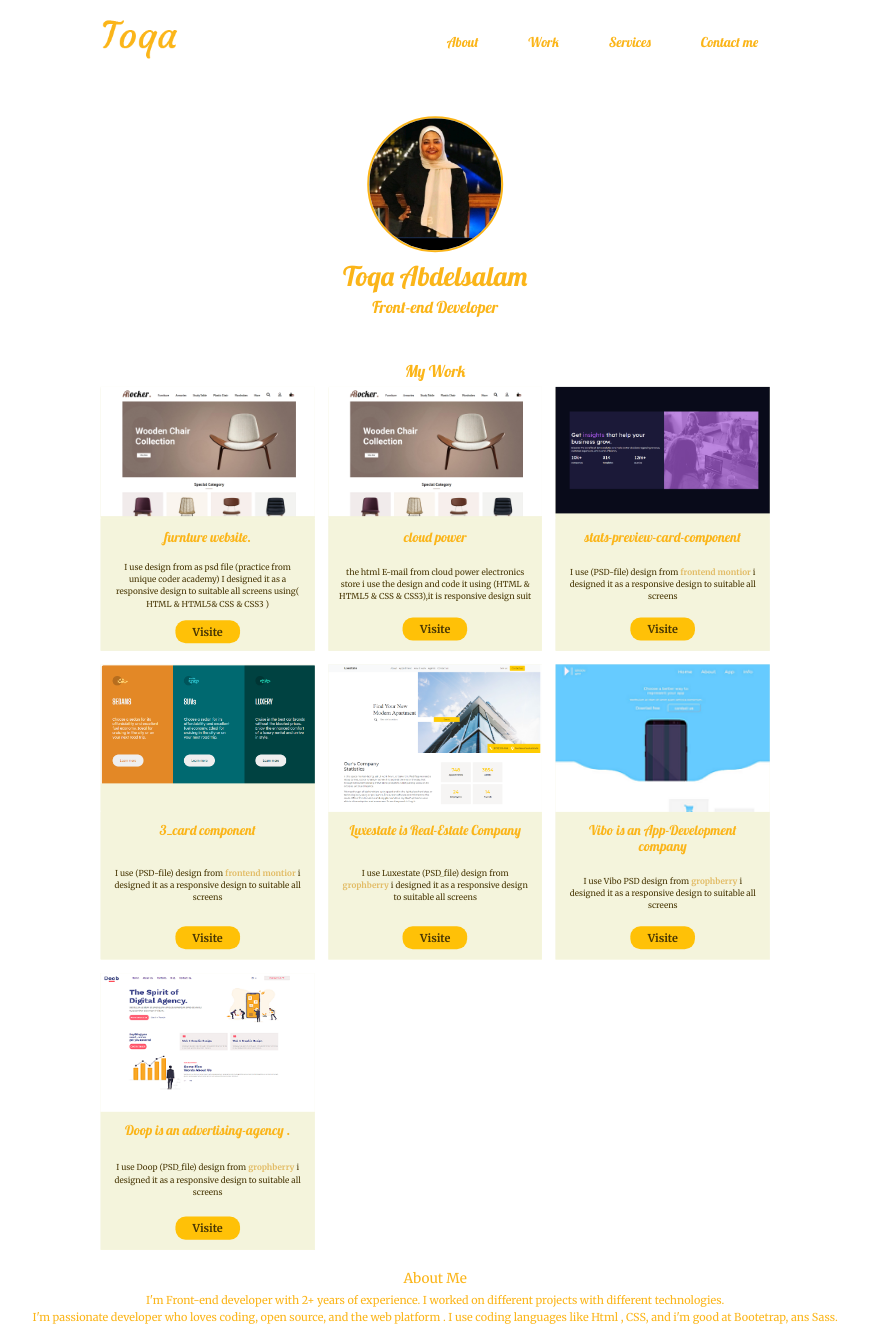
Repository: Toqa-25/portfolio
Page: index.html
The author's editor kept a copy of each file at every save. The page is drawn from the files as they stood at one save, then again after the next save.
The browser window is 1280 px wide. The pictures show the whole page, at 68% of full size.
Some web fonts or font styles are not loaded; a fallback is used.

Above is the page before, as saved 2021-11-01 02:44:45.

### index.html
<!DOCTYPE html>
<html lang="en">
<head>
    <meta charset="UTF-8">
    <meta http-equiv="X-UA-Compatible" content="IE=edge">
    <meta name="viewport" content="width=device-width, initial-scale=1.0">
    <title>Toqa Portfolio</title>
      <!-- bootstrap file -->
      <link rel="stylesheet" href="css/all.min.css">
      <link rel="stylesheet" href="css/bootstrap.css">
      <!-- css file -->
      <link rel="stylesheet" href="css/style.css">
      <!-- fonts -->
      <link rel="preconnect" href="https://fonts.googleapis.com">
<link rel="preconnect" href="https://fonts.gstatic.com" crossorigin>
<link href="https://fonts.googleapis.com/css2?family=Lobster&family=Otomanopee+One&display=swap" rel="stylesheet">
<link rel="preconnect" href="https://fonts.googleapis.com">
<link rel="preconnect" href="https://fonts.gstatic.com" crossorigin>
<link href="https://fonts.googleapis.com/css2?family=Merriweather:ital,wght@0,300;0,400;0,700;0,900;1,300;1,400;1,700;1,900&display=swap" rel="stylesheet">
<link rel="preconnect" href="https://fonts.googleapis.com">
<link rel="preconnect" href="https://fonts.gstatic.com" crossorigin>
<link href="https://fonts.googleapis.com/css2?family=Bebas+Neue&family=Oswald:wght@200;300;400;500;600;700&display=swap" rel="stylesheet">
<link rel="preconnect" href="https://fonts.googleapis.com">
<link rel="preconnect" href="https://fonts.gstatic.com" crossorigin>
<link href="https://fonts.googleapis.com/css2?family=Montserrat:wght@100;200;300;400;500;600;700;800;900&family=PT+Sans:ital,wght@0,400;0,700;1,700&family=Roboto:wght@100;300;400;500;700;900&display=swap" rel="stylesheet">
</head>
<body>
        <!-- header section -->
    <header class="pad">
       <div class="container">
         <div class="header-content">
           <div class="header-logo">
             <img src="images/logo.png" alt="logo">
           </div>
           <div class="bar">
             <svg xmlns="http://www.w3.org/2000/svg" width="35" height="35" fill="#fbb519" class="bi bi-list" viewBox="0 0 16 16">
               <path fill-rule="evenodd" d="M2.5 12a.5.5 0 0 1 .5-.5h10a.5.5 0 0 1 0 1H3a.5.5 0 0 1-.5-.5zm0-4a.5.5 0 0 1 .5-.5h10a.5.5 0 0 1 0 1H3a.5.5 0 0 1-.5-.5zm0-4a.5.5 0 0 1 .5-.5h10a.5.5 0 0 1 0 1H3a.5.5 0 0 1-.5-.5z"/>
             </svg>
              <ul class="hidden-list unlist list">
              <li>About</li>
              <li>Work</li>
              <li>Services</li>
              <li>Contact me</li>
              <li>Reviews</li>
            </ul>
           </div>
           <div class="header-nav">
             <ul class="list unlist">
                 <li>About</li>
                 <li>Work</li>
                 <li>Services</li>
                 <li>Contact me</li>
                 <!-- <li>Reviews</li> -->
             </ul>

           </div>
         </div>
         </div>
        </header><!-- end header section -->
        <!-- information  section -->
    <section  class="inform pad">
      <div class="main-inform " role="main">
        <div class="inform-info">
        <img src="images/toqa.jpg" alt=""><br>
        <h1>Toqa Abdelsalam</h1>
        <h4>Front-end Developer</h4>
      </div>
      </div>
    </section> <!-- end information  section -->

      <!-- my-work  section -->
      <section class="pad work">
        <div class="container">
          <h4 class="work-head">My Work</h4>
          <div class="work-content">
              <div class="work-card" role="menu">
        <div class="card-img">
          <img src="images/my-work/furnture/desktop_unique-templete-2_index.html.png" alt="">
        </div>
        <div class="card-info">
          <h5 class="card-title">furnture website.</h5>
          <p class="card-info-text doop-text">I use  design from as psd file (practice from unique coder academy)
            I designed it as a responsive design to suitable all screens using( HTML & HTML5& CSS & CSS3 ) <br>
         </p>
      <button class="card-button"><a href="https://toqa-25.github.io/unique-templete-2/">Visite</a></button>
        </div>
     </div>
              <div class="work-card" role="menu">
        <div class="card-img">
          <img src="images/my-work/furnture/desktop_unique-templete-2_index.html.png" alt="">
        </div>
        <div class="card-info">
          <h5 class="card-title">cloud power</h5>
          <p class="card-info-text doop-text"> the html E-mail from cloud power electronics store
            i use the design and code it using (HTML & HTML5 & CSS & CSS3),it is responsive design suit
          </p>

      <button class="card-button"><a href="https://toqa-25.github.io/unique-templete-2/">Visite</a></button>
        </div>
     </div>
      <div class="work-card" role="menu">
        <div class="card-img">
          <img src="images/my-work/preview-card/desktop_stats-preview-card-component-main_.png" alt="">
        </div>
        <div class="card-info">
          <h5 class="card-title">stats-preview-card-component </h5>
          <p class="card-info-text"> I use  (PSD-file) design from <span> <a href="https://www.frontendmentor.io/">frontend montior</a></span>
        i designed it as a responsive design to suitable all screens
         </p>
      <button class="card-button"><a href="https://toqa-25.github.io/stats-preview-card-component-main/">Visite</a></button>
        </div>
 </div>
      <div class="work-card" role="menu">
        <div class="card-img">
          <img src="images/my-work/3-card-component/desktop_3-cards-component_.png" alt="">
        </div>
        <div class="card-info">
          <h5 class="card-title">3_card component </h5>
          <p class="card-info-text"> I use  (PSD-file) design from <span> <a href="https://www.frontendmentor.io/">frontend montior</a></span>
        i designed it as a responsive design to suitable all screens
         </p>
      <button class="card-button"><a href="https://toqa-25.github.io/3-cards-component/">Visite</a></button>
        </div>
 </div>
      <div class="work-card" role="menu">
        <div class="card-img">
          <img src="images/my-work/luxestate/destop-luxestate - Copy (1).png" alt="">
        </div>
        <div class="card-info">
          <h5 class="card-title">Luxestate is Real-Estate Company  </h5>
          <p class="card-info-text">I use Luxestate (PSD_file) design from <span> <a href="https://www.graphberry.com/">grophberry</a></span>
    i designed it as a responsive design to suitable all screens
         </p>
      <button class="card-button"><a href="https://toqa-25.github.io/luxstate-project-/">Visite</a></button>
        </div>
 </div>
      <div class="work-card" role="menu">
        <div class="card-img">
          <img src="images/my-work/vibo/Vibo_App(desktop)_toqa-25.github.io2.png" alt="">
        </div>
        <div class="card-info">
          <h5 class="card-title">Vibo is an App-Development company</h5>
          <p class="card-info-text">I use Vibo PSD design from <span> <a href="https://www.graphberry.com/">grophberry</a></span>
                  i designed it as a responsive design to suitable all screens
         </p>
      <button class="card-button"><a href="https://toqa-25.github.io/vibo-app/">Visite</a></button>
        </div>
 </div>
      <div class="work-card" role="menu">
        <div class="card-img">
          <img src="images/my-work/simple/web_design.png" alt="">
        </div>
        <div class="card-info">
          <h5 class="card-title">Doop is an advertising-agency .</h5>
          <p class="card-info-text doop-text">I use Doop (PSD_file) design from <span> <a href="https://www.graphberry.com/">grophberry</a></span>
            i designed it as a responsive design to suitable all screens
         </p>
      <button class="card-button"><a href="https://toqa-25.github.io/simply-agency/">Visite</a></button>
        </div>
     </div>
      <!-- <div class="work-card" role="menu">
        <div class="card-img">
          <img src="images/my-work/landing-meeting-page/toqa-25.github.io_landing-meeting-page_desktop.png" alt="">
        </div>
        <div class="card-info">
          <h5 class="card-title">Metting landing page.</h5>
          <p class="card-info-text doop-text">I use  design from <span> <a href="https://www.frontendmentor.io/">frontendmentor</a></span>
i designed it as a responsive design to suitable all screens <br>
         </p>
      <button class="card-button"><a href="https://toqa-25.github.io/landing-meeting-page/">Visite</a></button>
        </div>
     </div> -->

   </div>
   </div>
      </section>

      <section class="section about">

          <h5>About Me</h5>
      <p> I'm Front-end developer with 2+ years of experience. I worked on different projects with different technologies. <br>
       I'm passionate developer who loves coding, open source, and the web platform .
       I use coding languages like Html , CSS, and i'm good at Bootetrap, ans Sass. </p>
      </section>

</body>
</html>

### css/style.css
/*
    public style
***********************
*/
:root{
    --main-color:#fbb519;
    --section-padding:30px;
}
* {
    box-sizing: border-box;
    margin: 0;
    padding: 0;
}
body{
    font-family: 'Merriweather', serif;
    color:var(--main-color);
}
.pad{
    padding: var(--section-padding) 0;
}
.container
{
  width: 80%;
  margin:auto;
  padding: 0 20px;
}

 .unlist{
     list-style: none;
 }
 a{
     text-decoration: none;
 }
/*
    header style
***********************
*/
 header{
    font-family: 'Lobster', cursive;
 }
 .header-content{
    display: flex;
}
.header-logo{
    width:50%;
}
.bar{
    position: relative;
    display: none;
    margin: auto 20px;
     transition: .2s;
     cursor: pointer;
     width: 50%;
    /* text-align: right; */
    justify-content: flex-end;
}
 .header-nav{
   min-width: 50%;
    display: flex;
    justify-content: flex-end;
 }
 .header-nav .list{
     width: 100%;
     display: flex;
     justify-content: space-between;
     align-items: center;
     padding: 17px;
 }
  .list li{
     font-size: 20px;
     transition: .2s;
     -webkit-transition: .2s;
     -moz-transition: .2s;
     -ms-transition: .2s;
     -o-transition: .2s;
     cursor: pointer;
     margin-bottom: 2px;
    }
     .list li:hover{
        border-bottom: 2px solid var(--main-color);
    }
    .hidden-list{
         text-align: center;
         position: absolute;
         width: 120px;
         top: 3px;
         right: -70px;
         background-color: #f5f5dc91;
         padding: 10px;
         border-radius: 25px;
         -webkit-border-radius: 25px;
         -moz-border-radius: 25px;
         -ms-border-radius: 25px;
         -o-border-radius: 25px;
         transition: .2s;
         -webkit-transition: .2s;
         -moz-transition: .2s;
         -ms-transition: .2s;
         -o-transition: .2s;
         visibility: hidden;
         display: none;
}
/* media quary for header*/
 @media (max-width: 991px){
   .header-nav {
      display: none;
  }
  .bar{
      display: flex;
  }
  .bar:hover .hidden-list{
    visibility: visible;
    display: block;
  }
}
/*
    my-information&image style
  ********************************
 */
 .main-inform{
     color: var(--main-color);
    text-align: center;
    height: 300px;
    display: flex;
    align-items: center;
    justify-content: center;
    font-family: 'Lobster', cursive;
}
.main-inform img{
    width: 200px;
    height: 200px;
    border:3px solid;
    border-radius: 50%;
    -webkit-border-radius: 50%;
     -moz-border-radius: 50%;
     -ms-border-radius: 50%;
     -o-border-radius: 50%;
     margin-bottom: 10px;
    }
/*
    my-work style
********************************
*/
.work{
text-align: center;
}
 .work-content{
    display: grid;
    grid-template-columns:repeat(3,1fr);
    grid-template-rows: minmax(1fr,350px);
    gap:20px;
 }
 .work .work-head{
    text-align: center;
    font-family: 'Lobster';
 }
 .work-card{
 background-color: #f5f5dce8;
 }
 .card-img{
     width:100%;
     height:50%;
     background-color: #f5f5dce8;
 }
 .card-img img{
     width:100%;
     max-height: 100%;
     transition: .2s;
     -webkit-transition: .2s;
     -moz-transition: .2s;
     -ms-transition: .2s;
     -o-transition: .2s;
}

 .card-img img:hover{
   transform: scale(1.1);
   -webkit-transform: scale(1.1);
   -moz-transform: scale(1.1);
   -ms-transform: scale(1.1);
   -o-transform: scale(1.1);
}
 .card-info{
     display: flex;
    flex-direction: column;
    justify-content: space-between;
     text-align: center;
     width: 100%;
     height: 50%;
    background-color: #f5f5dce8;
    padding: 15px;
 }
 .card-title{
         font-family: 'Lobster', cursive;
 }

.card-info-text{
    margin:15px 0;
    font-size: 12px;
    font-weight: 400;
    /* padding: 2px; */
    text-align: center;
    color:#483705;
}
.card-info-text a{
    text-decoration: none;
    color: #e2bc66;
    font-weight: bolder;
}
/* .card p{
  margin:15px 0 ;
} */

.card-button{
    width: 95px;
    text-align: center;
    background-color: #ffc107;
     color:#483705;
    border: none;
    margin: 0 auto;
    border-radius: 15px;
    padding: 5px;
    /*margin-top: 7px; */
    transition: .2s;
    -webkit-transition: .2s;
    -moz-transition: .2s;
    -ms-transition: .2s;
    -o-transition: .2s;
    font-weight: bold;
}
.card-button:hover{
     transform: scale(1.1);
     -webkit-transform: scale(1.1);
      -moz-transform: scale(1.1);
      -ms-transform: scale(1.1);
       -o-transform: scale(1.1);
}
.card-button a{
    text-decoration: none;
    color: #483705;
}

.about{
    text-align: center;

}

/*
media quary style
***************************************
//extra small devices @media (maxwidth:575px)
//small devices @media (maxwidth:767px)
//medium devices @media (maxwidth:991px)
//large devices @media (maxwidth:1199px)
*/
/* .card {
    width: 100%;
    height: 100%;
    position: relative;
    display: flex;
    flex-direction: column;
    min-width: 0;
    word-wrap: break-word;
    background-color: black;
    background-clip: border-box;
    border: 4px solid var(--main-color);
    border-radius: 0.3rem;
}

.card img{
    max-width:100%;
    max-height: 150px;
    border-bottom: 3px solid;
} */

Loaded but not shown: css/all.min.css (library); css/bootstrap.css (library)

After the next save:
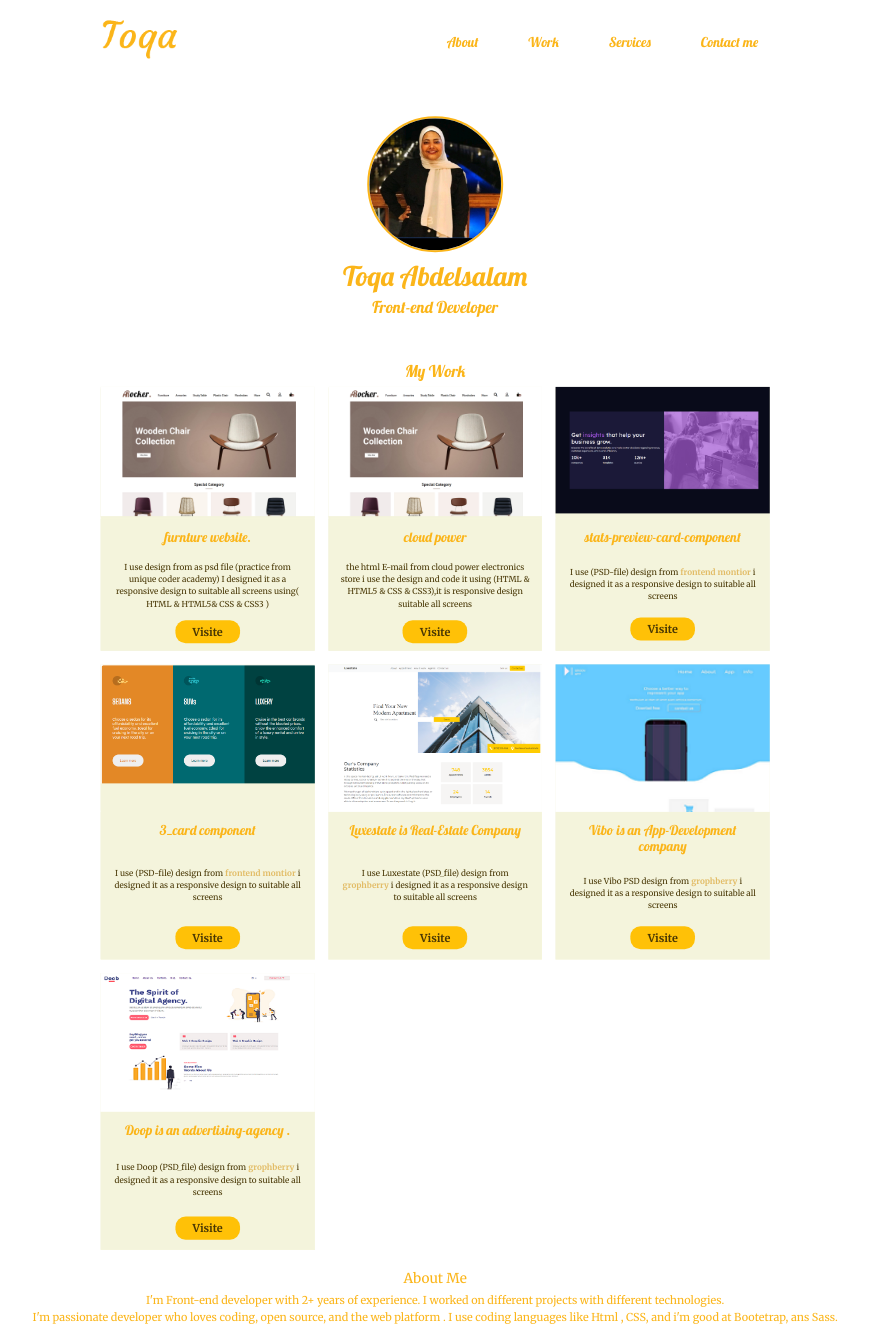
Saved 7 s later.
--- a/index.html
+++ b/index.html
@@ -92,7 +92,7 @@
         <div class="card-info">
           <h5 class="card-title">cloud power</h5>
           <p class="card-info-text doop-text"> the html E-mail from cloud power electronics store
-            i use the design and code it using (HTML & HTML5 & CSS & CSS3),it is responsive design suit
+            i use the design and code it using (HTML & HTML5 & CSS & CSS3),it is responsive design suitable all screens
           </p>
 
       <button class="card-button"><a href="https://toqa-25.github.io/unique-templete-2/">Visite</a></button>
